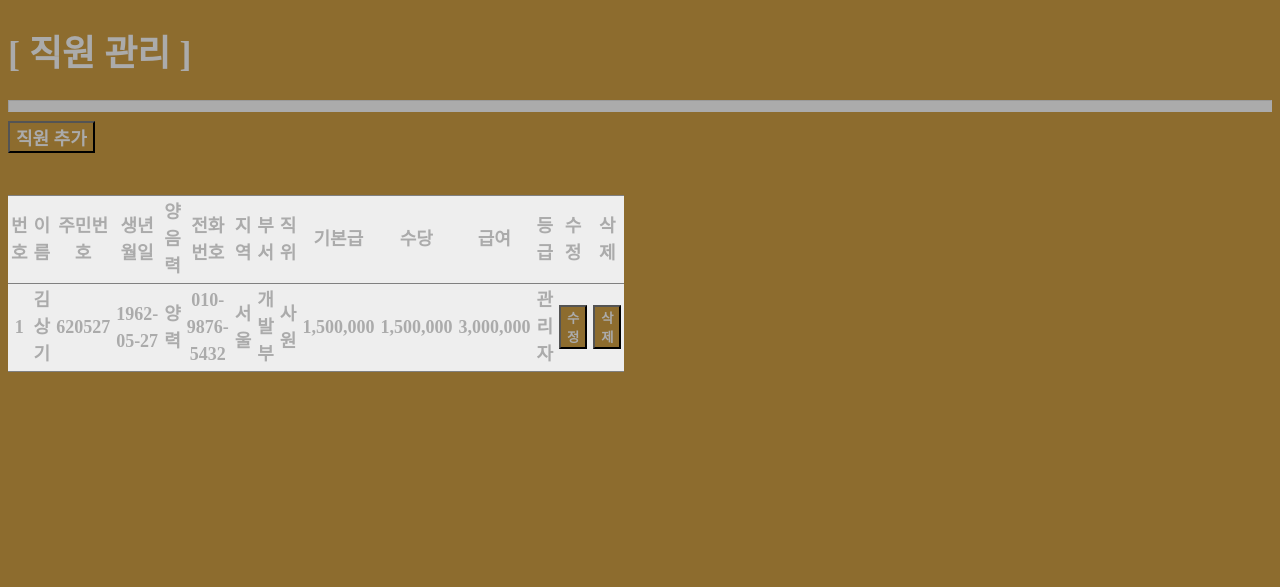
Repository: Umkimisstrong/UM_SpringMVCStudy
Page: http://localhost/mvc04/EmployeeList.jsp
These files come from the project's save history. The page is drawn as it stood at one moment and after the next save; the edit follows.
The browser window is 1280 px wide. The pictures show the whole page.
The page is served by Tomcat 9.

Above is the page before, as saved 2022-05-27 01:33:09.

### mvc04/WebContent/EmployeeList.jsp
<%@ page contentType="text/html; charset=UTF-8"%>
<%@ taglib prefix="c" uri="http://java.sun.com/jsp/jstl/core"%>
<%
	request.setCharacterEncoding("UTF-8");
	String cp = request.getContextPath();
%>
<!DOCTYPE html>
<html>
<head>
<meta charset="UTF-8">
<title>EmployeeList.jsp</title>
<link rel="stylesheet" type="text/css" href="css/main.css">
</head>
<body>

<!---------------------------------------------------
	#15 EmployeeList.jsp
	- 직원 리스트 출력 페이지
	- 관리자가 접근하는 직원 데이터 출력 페이지
	  (일반 직원이 접근하는 직원 데이터 출력페이지는
	   EmpList.jsp로 구성 예정)
 ---------------------------------------------------->
<div>
	<!-- 메뉴 영역 -->
	<div>
	</div>

	<!-- 콘텐츠 영역 -->
	<div id="content">
		<h1>[ 직원 관리 ]</h1>
		<hr />

		<div>
			<form action="">
				<input type="button" value="직원 추가" class="btn" onclick="" />
			</form>
		</div>
		<br />
		<br />
	<!-- ---------------------------------------------------
	EMPLOYEEID NAME SSN BIRTHDAY LUNAR LUNARNAME TELEPHONE
	DEPARTMENTID DEPARTMENTNAME POSITIONID POSITIONNAME
	REGIONID REGIONNAME BASICPAY EXTRAPAY PAY GRADE
	----------------------------------------------------  -->
	<table id="customers" class="table">
		<tr>
			<!-- 항목 15EA -->
			<th>번호</th>
			<th>이름</th>
			<th>주민번호</th>
			<th>생년월일</th>
			<th>양음력</th>
			<th>전화번호</th>
			<th>지역</th>
			<th>부서</th>
			<th>직위</th>
			<th>기본급</th>
			<th>수당</th>
			<th>급여</th>
			<th>등급</th>
			<th>수정</th>
			<th>삭제</th>
		</tr>

		<tr>
			<!-- 항목 15EA -->
			<th>1</th>
			<th>김상기</th>
			<th>620527</th>
			<th>1962-05-27</th>
			<th>양력</th>
			<th>010-9876-5432</th>
			<th>서울</th>
			<th>개발부</th>
			<th>사원</th>
			<th>1,500,000</th>
			<th>1,500,000</th>
			<th>3,000,000</th>
			<th>관리자</th>
			<th><button type="button" class="btn">수정</button></th>
			<th><button type="button" class="btn">삭제</button></th>
		</tr>


	</table>



	</div>

	<!-- 회사 소개 및 어플리케이션 소개 영역 -->
	<div id="footer">

	</div>






</div>





</body>
</html>

### mvc04/WebContent/css/main.css
@charset "UTF-8";

*
{
	background-color: #8d6c2e;
	font-family: 나눔고딕코딩;
	color: #ababab;
	font-weight: bold;
}
hr
{
	background-color: #ababab;
	height: 10px;
	border-bottom-color: #ababab;
	border-right-color: #ababab;
}
body, p, div, span, input, table, th, td, select
{
	font-size: 18px;
	font-weight: bold;
}
.txt
{
	font-weight: bold;
	background-color: #408080;
	width:150px;
}
.txt:focus
{
	font-weight: bold;
	background-color: #948716;
	width:150px;
}

.control
{
	border: 1px solid grey;
	border-radius: 3px;
	font-weight: bold;
}

.table
{
	border-collapse: collapse;
	width: 250px;
	font-weight: bold;
}

.table th, .table td
{
	border: 1px solid grey;
	border-left: 1px;
	border-right: 1px;
	padding: 3px;
	line-height: 150%;
	font-weight: bold;
}
.table td
{
	background-color: gray;
	font-weight: bold;
}
.table th
{
	font-weight: bold;
	background-color: #EEE;
}
.btn
{
	background-color: #8d6c2e;
}

.btn01
{
	font-weight: bold;
	width: 80px;
	color: blue;
	background-color: gray;

}
.btn02
{
	font-weight: bold;
	width: 80px;
	color: red;
	background-color: gray;
}

.btn:hover
{
	font-weight: bold;
	color: white;
	background-color: tomato;
}

After the next save:
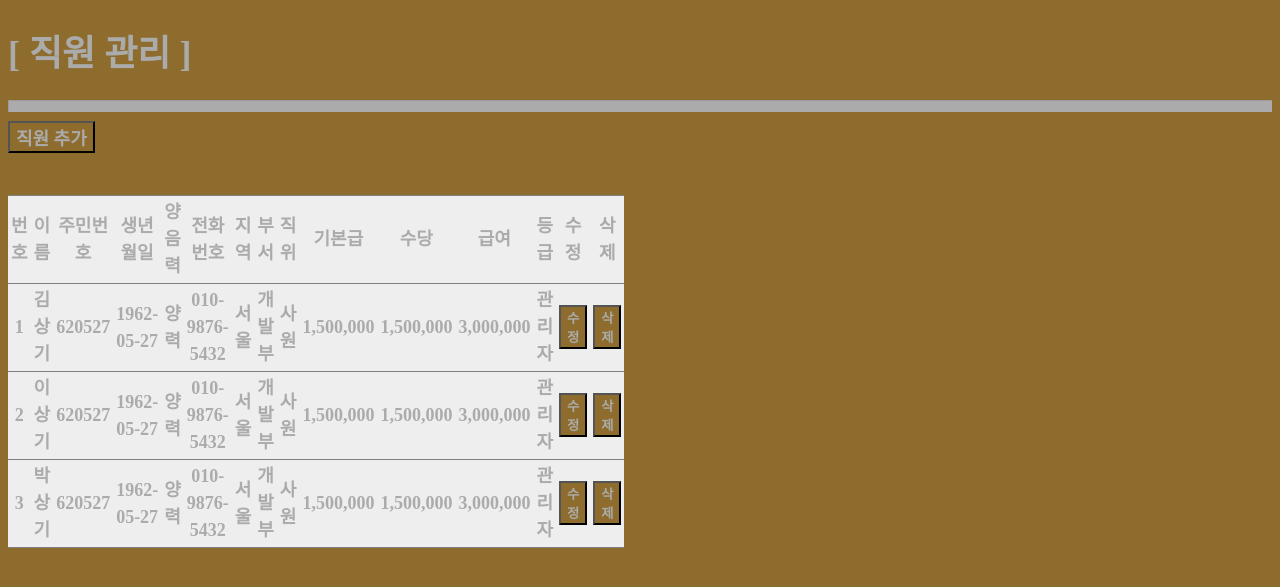
Saved 40 s later.
--- a/mvc04/WebContent/EmployeeList.jsp
+++ b/mvc04/WebContent/EmployeeList.jsp
@@ -63,9 +63,44 @@
 		</tr>
 
 		<tr>
-			<!-- 항목 15EA -->
 			<th>1</th>
 			<th>김상기</th>
+			<th>620527</th>
+			<th>1962-05-27</th>
+			<th>양력</th>
+			<th>010-9876-5432</th>
+			<th>서울</th>
+			<th>개발부</th>
+			<th>사원</th>
+			<th>1,500,000</th>
+			<th>1,500,000</th>
+			<th>3,000,000</th>
+			<th>관리자</th>
+			<th><button type="button" class="btn">수정</button></th>
+			<th><button type="button" class="btn">삭제</button></th>
+		</tr>
+
+		<tr>
+			<th>2</th>
+			<th>이상기</th>
+			<th>620527</th>
+			<th>1962-05-27</th>
+			<th>양력</th>
+			<th>010-9876-5432</th>
+			<th>서울</th>
+			<th>개발부</th>
+			<th>사원</th>
+			<th>1,500,000</th>
+			<th>1,500,000</th>
+			<th>3,000,000</th>
+			<th>관리자</th>
+			<th><button type="button" class="btn">수정</button></th>
+			<th><button type="button" class="btn">삭제</button></th>
+		</tr>
+
+		<tr>
+			<th>3</th>
+			<th>박상기</th>
 			<th>620527</th>
 			<th>1962-05-27</th>
 			<th>양력</th>
